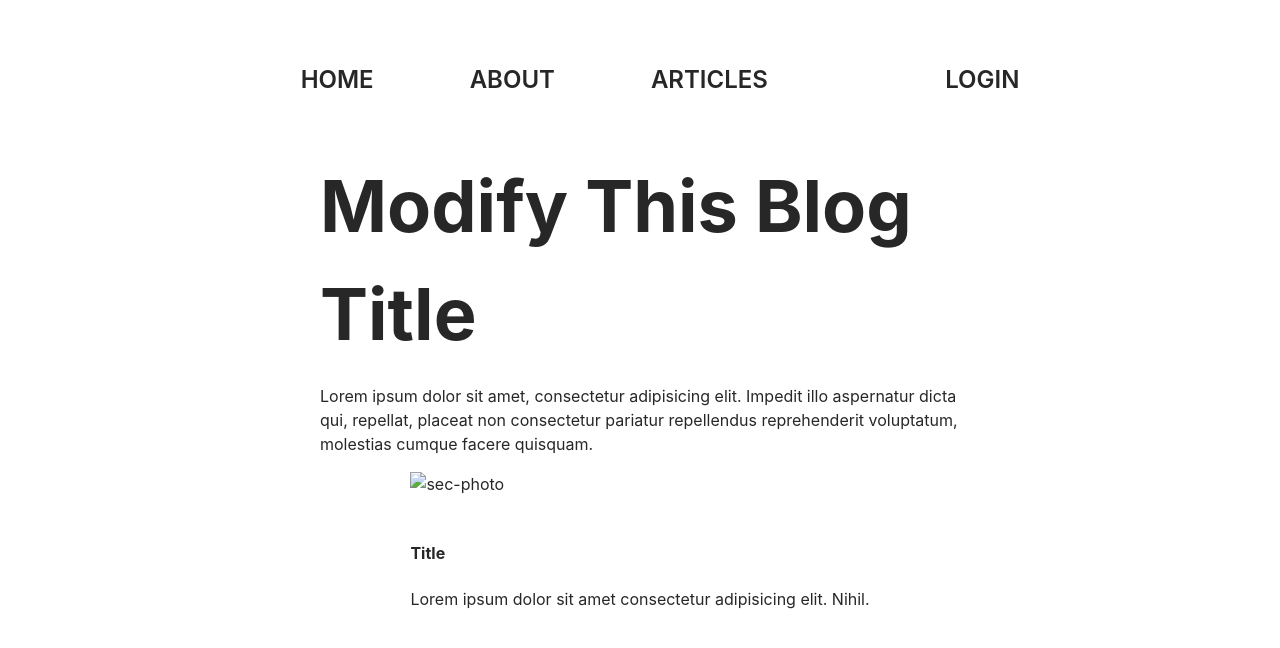
Repository: ValGrace/-static-site
Page: /home (app in client/)
These files come from the project's save history. The page is drawn as it stood at one moment and after the next save; the edit follows.
The browser window is 1280 px wide. The pictures show the whole page.
The project was rebuilt for these pictures with package versions that can differ from the ones it lists, and the page was loaded fresh each time. Also part of the build but not shown: client/vite.config.js, client/src/Utils/appwrite.js, client/src/Components/Inputs.css, client/src/Components/Login.jsx, client/src/Components/Signup.jsx.

Above is the page before, as saved 2023-02-05 11:53:13.

After the next save:
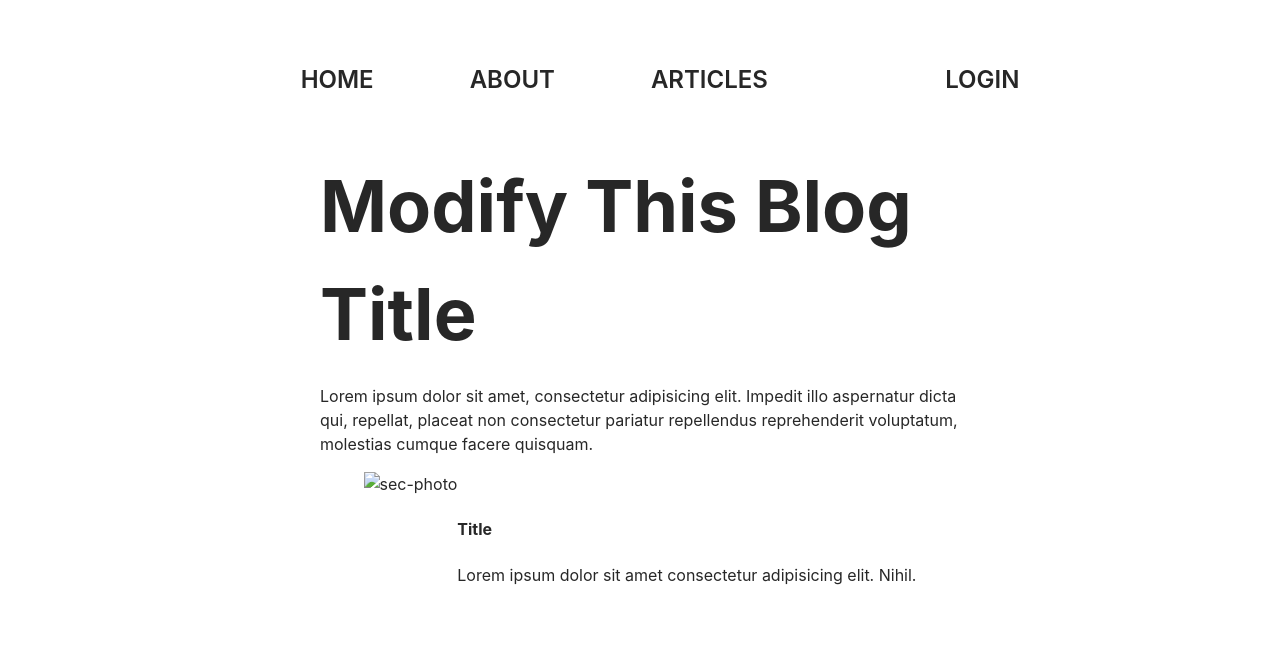
Saved 20 s later.
--- a/client/src/Components/Navbar.css
+++ b/client/src/Components/Navbar.css
@@ -32,3 +32,7 @@ nav > ul{
     float: right;
 
 }
+
+.head-section {
+    display: flex;
+}
